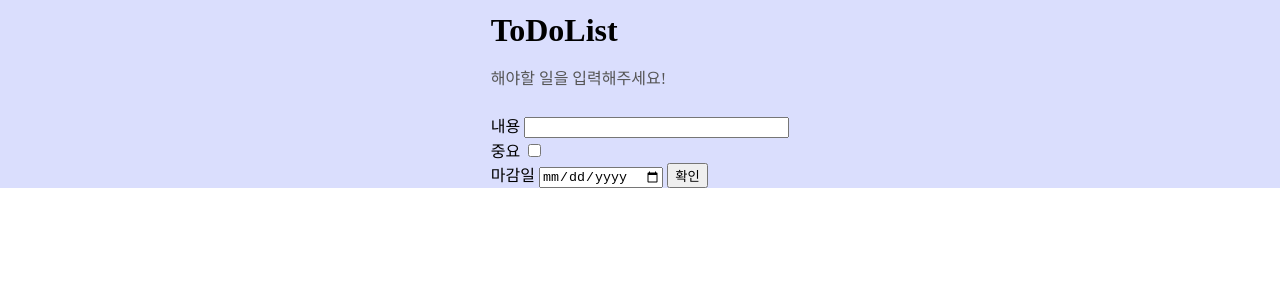
Repository: leesaereum/ToDoList
Page: http://localhost/ToDo/create.jsp
These files come from the project's save history. The page is drawn as it stood at one moment and after the next save; the edit follows.
The browser window is 1280 px wide. The pictures show the whole page.
The page is served by Tomcat 9.

Above is the page before, as saved 2022-03-29 06:37:10.

After the next save:
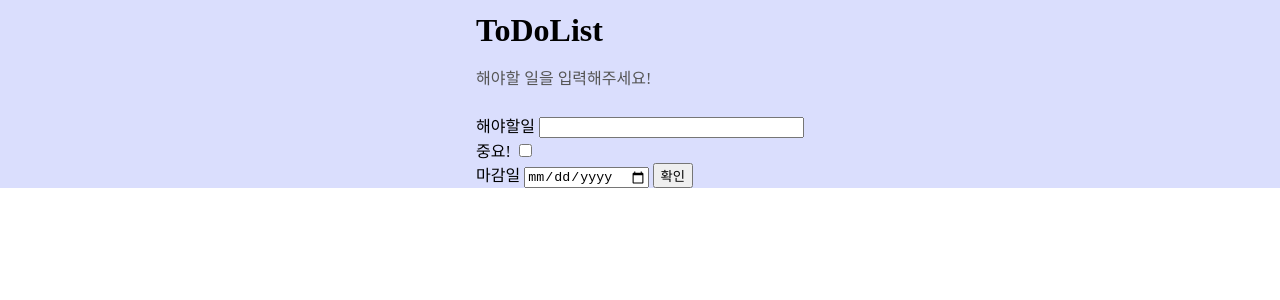
Saved 2 min 47 s later.
--- a/ToDo/src/main/webapp/create.jsp
+++ b/ToDo/src/main/webapp/create.jsp
@@ -76,10 +76,10 @@ body{
 <p class="signIn__description">해야할 일을 입력해주세요!</p>
 	<form action="create_list.do" method="get">
 			<div class="signIn_liner">
-		내용 <input type="text" name="content" size="30">
+		해야할일 <input type="text" name="content" size="30">
 			</div>
 		<div class="signIn_liner">
-		중요 <input type="checkbox" name="isImportant" value = "1">
+		중요! <input type="checkbox" name="isImportant" value = "1">
 		</div>
 			마감일
 			<input type="date" name="finishDate">
